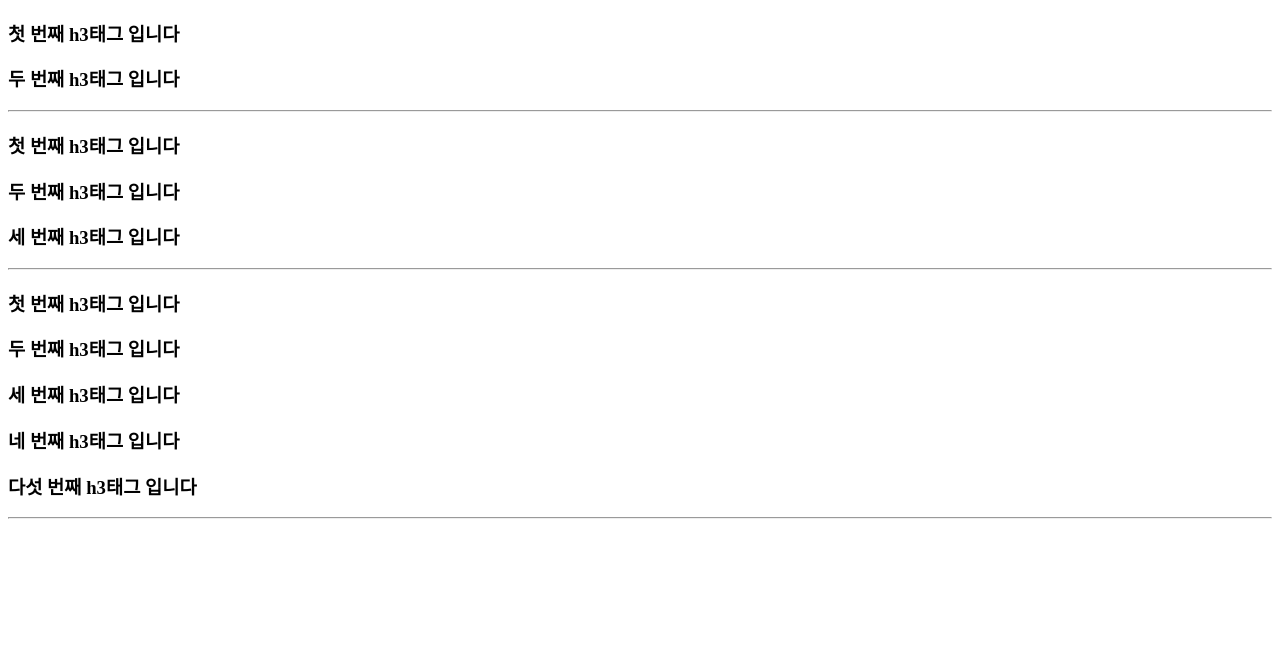
Repository: HyoJun00/Vue_JS
Page: Component/src/main/webapp/index.html
An editor plug-in stored every save of this project. The page is shown before and after the next save, followed by the edit.
The browser window is 1280 px wide. The pictures show the whole page.

Above is the page before, as saved 2025-07-15 05:47:51.

After the next save:
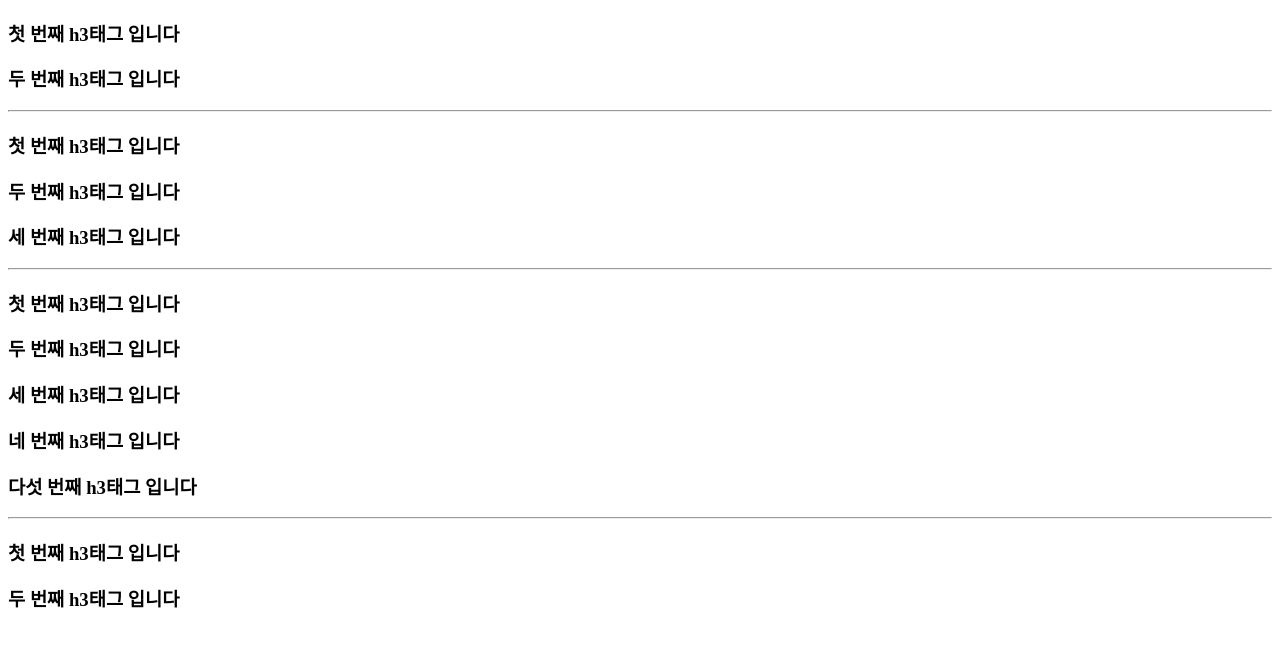
Saved 58 s later.
--- a/Component/src/main/webapp/index.html
+++ b/Component/src/main/webapp/index.html
@@ -36,6 +36,10 @@
 				}
 			}
 		})
+
+		var test4 = new Vue({
+			el : '#test4'
+		})
 	}
 </script>
 </head>
@@ -57,5 +61,8 @@
 		<component4></component4>
 	</div>
 	<hr/>
+	<div id="test4">
+		<component1></component1>
+	</div>
 </body>
 </html>
